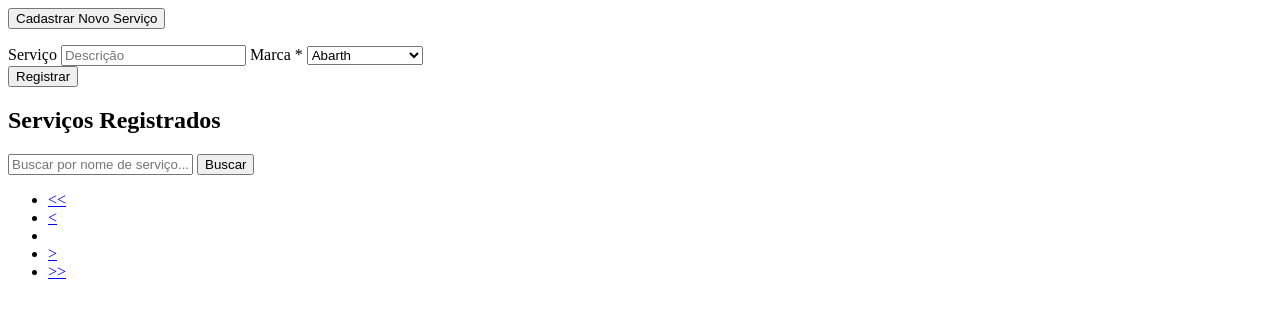
Repository: DanielGMT/AutoCenter-2.0
Page: http://localhost/Biblioteca/resources/admin/autor/content.jsp
The author's editor kept a copy of each file at every save. The page is drawn from the files as they stood at one save, then again after the next save.
The browser window is 1280 px wide. The pictures show the whole page.
The page is served by Tomcat 9. Other server files are loaded and not shown.

Above is the page before, as saved 2022-03-08 20:02:38.
Console error: ReferenceError: SENAI is not defined

### Biblioteca/WebContent/resources/admin/autor/content.jsp
<script type="text/javascript" src="autor/js/autor.js"></script>

<div id="cadastrarAutor">
	<p>
		<button class="btn btn-primary" id="downButton" type="button"
			data-toggle="collapse" data-target="#collapseExample"
			aria-expanded="false" aria-controls="collapseExample">
			Cadastrar Novo Serviço <span class="caret"></span>
		</button>
	</p>
</div>
<div class="collapse" id="collapseExample">
	<form>
		<div class="form-group">
			<label for="exampleInputEmail1">Serviço</label> <input
				class="form-control" id="inputname" placeholder="Descrição">
					<label class="control-label" for="nome">Marca *</label>
				<select class="form-control" name="marca" id="marca" autocomplete="off"
				minlength="3" maxlength="25" maxlength="25">
				<option value="Abarth">Abarth</option>
				<option value="Alfa Romeo">Alfa Romeo</option>
				<option value="Alpine">Alpine</option>
				<option value="Aston Martin">Aston Martin</option>
				<option value="Audi">Audi</option>
				<option value="Bentley">Bentley</option>
				<option value="BMW">BMW</option>
				<option value="Citroën">Citroën</option>
				<option value="Chevrolet">Chevrolet</option>
				<option value="Cupra">Cupra</option>
				<option value="Dacia">Dacia</option>
				<option value="DS">DS</option>
				<option value="Ferrari">Ferrari</option>
				<option value="Fiat">Fiat</option>
				<option value="Ford">Ford</option>
				<option value="Hafei">Hafei</option>
				<option value="Honda">Honda</option>
				<option value="Hyundai">Hyundai</option>
				<option value="Jaguar">Jaguar</option>
				<option value="JEEP">JEEP</option>
				<option value="KIA">KIA</option>
				<option value="Lamborghini">Lamborghini</option>
				<option value="Land Rover">Land Rover</option>
				<option value="Lexus">Lexus</option>
				<option value="Lifan">Lifan</option>
				<option value="Maserati">Maserati</option>
				<option value="Mazda">Mazda</option>
				<option value="Mercedes-Benz">Mercedes-Benz</option>
				<option value="MG">MG</option>
				<option value="MINI">MINI</option>
				<option value="Mitsubishi">Mitsubishi</option>
				<option value="Nissan">Nissan</option>
				<option value="Opel">Opel</option>
				<option value="Peugeot">Peugeot</option>
				<option value="Porsche">Porsche</option>
				<option value="Renault">Renault</option>
				<option value="SEAT">SEAT</option>
				<option value="Skoda">Skoda</option>
				<option value="Smart">Smart</option>
				<option value="Suzuki">Suzuki</option>
				<option value="Subaru">Subaru</option>
				<option value="TESLA">TESLA</option>
				<option value="Toyota">Toyota</option>
				<option value="Volkswagen">Volkswagen</option>
				<option value="Volvo">Volvo</option>
			</select>
		</div>
		<div id="entrar">
			<button type="button" id="add-new"
				onclick="SENAI.biblioteca.cadastrarServico()" class="btn btn-primary">Registrar</button>
		</div>
	</form>
</div>
<div class="table-wrapper">
	<div class="col-md-12">
		<h2 class="pt-3 pb-4 text-center font-bold font-up deep-purple-text">Serviços
			Registrados</h2>
		<div id="divBusca">
			<input type="text" class='form-control' id="searchBar" placeholder="Buscar por nome de serviço..." />
			<button id="searchButton" OnClick="SENAI.biblioteca.buscarAutor()">Buscar</button>
		</div>
	</div>
	<div class="resultadoAutores"></div>
<ul class="pagination">
    <li class="page-item">
      <a class="first" href="#"><<</a>
    </li>
    <li class="page-item">
      <a class="prev" href="#"><</a>
    </li>
   <li class="numbers">

   </li>
    <li class="page-item">
      <a class="next" href="#">></a>
    </li>
    <li class="page-item">
      <a class="last" href="#">>></a>
    </li>
  </ul>
	<div class="clearfix">
		<div class="hint-text"></div>

	</div>
</div>
<div id="editarServico" style="display: none">
	<label>Serviço:</label> <input id="servicoEdit" class='form-control' name="servico" type="text">
	<input name="idServico" id="idAutorEdit" type="hidden">
	<label>Marca:</label> <input id="marcaEdit" class='form-control' name="marca" type="text">
	<input name="idMarca" id="idMarcaEdit" type="hidden">
	<label>Modelo:</label> <input id="modeloEdit" class='form-control' name="modelo" type="text">
	<input name="idModelo" id="idModeloEdit" type="hidden">
	<label>Placa:</label> <input id="placaEdit" class='form-control' name="placa" type="text">
	<input name="idPlaca" id="idPlacaEdit" type="hidden">
	<label>Valor:</label> <input id="valorEdit" class='form-control' name="valor" type="text">
	<input name="idValor" id="idValorEdit" type="hidden">
</div>

<div id="msg" style="display: none"></div>

### Biblioteca/WebContent/resources/admin/autor/js/autor.js
SENAI.biblioteca = new Object();

$(document)
		.ready(
				function() {
					SENAI.biblioteca.cadastrarServico = function() {

						var novoAutor = new Object();
						novoAutor.nome = $("#inputname").val();

						var cfgajax = {
							url : "../../rest/bibliotecaRest/addAutor",
							data : novoAutor,

							success : function(msg) {
								var cfg = {
									title : "Mensagem",
									height : 250,
									width : 400,
									modal : true,
									buttons : {
										"OK" : function() {
											$(this).dialog("close");
										}
									}
								};
								$("#msg").html(msg);
								$("#msg").dialog(cfg);

								SENAI.biblioteca.buscarAutor();
							},

							error : function(err) {
								alert("Erro ao cadastrar um novo autor!"
										+ err.responseText);
							}

						};

						SENAI.ajax.post(cfgajax);
					};

					SENAI.biblioteca.buscarAutor = function() {
						var valorBusca = $("#searchBar").val();
						SENAI.biblioteca.exibirAutores(undefined, valorBusca);
					};


					SENAI.biblioteca.exibirAutores = function(listaDeAutores,
							valorBusca) {
						var search = document.getElementById("searchBar");
						search.addEventListener("keyup", function(event) {
						  if (event.keyCode === 13) {
						   event.preventDefault();
						   document.getElementById("searchButton").click();
						  }
						});
						var html = "<table class='table table-bordered'>";
						html += "<tr><th>Nome</th><th id='acao'>Ações</th></tr>";
						if (listaDeAutores != undefined
								&& listaDeAutores.length > 0) {

							let perPage = 12
							const state = {
							  page: 1,
							  perPage,

							  totalPage: Math.ceil(listaDeAutores.length / perPage),
							  maxVisibleButtons: 5
							}

						 const html = {
									get(element){
										return document.querySelector(element)
									}
							}






							const controls = {
							  next(){
							    state.page++

							    const lastPage = state.page > state.totalPage
							    if(lastPage) {
							    	state.page--
							    }
							  },
							  prev(){
								  state.page--
								  if(state.page < 1){
									  state.page++
								  }
							  },
							  goTo(page){
								 state.page = +page
							   },

							  createListeners() {


								  html.get('.next').addEventListener('click', () => {
									  controls.next()
									  update()
								  })

								  html.get('.prev').addEventListener('click', () => {
									  controls.prev()
									  update()
								  })

								 html.get('.last').addEventListener('click', () => {
									  controls.goTo(state.totalPage)
									  update()
								  })

								  html.get('.first').addEventListener('click', () => {
									  controls.goTo(1)
									  update()
								  })}


							}

							var str1 = "";

							var n = "";
							var date = new Date();
							var str2 = new Date();
							var dd = String(str2.getDate()).padStart(2, '0');
							var mm = String(str2.getMonth() + 1).padStart(2, '0'); //January is 0!
							var yyyy = str2.getFullYear();

							const list = {

									create(item){

										html.get('.fleinin').innerHTML += "<tr><td>"
											+ item.nome
											+ "</td>"
											+ "<td><a class = 'edit' onclick = 'SENAI.biblioteca.editarAutor("
											+ item.id
											+ "); '>"
											+ "<i class='glyphicon glyphicon-pencil'></i></a>"
											+ "<a class = 'delete' onclick = 'SENAI.biblioteca.deletarAutor("
											+ item.id
											+ ")'>"
											+ "<i class='glyphicon glyphicon-trash'></i></a></td></tr>";


							},
							createTable(){
								const table = document.createElement('table')
								table.classList.add('table')
								table.classList.add('table-bordered')

								table.innerHTML += "<tbody class ='fleinin'><tr><th>Nome</th><th>Ações</th></tr>"
								+ "</tbody>";
								html.get('.resultadoAutores').appendChild(table);
							},
							update(){

								 html.get('.resultadoAutores').innerHTML = ""
									 list.createTable()
								let page = state.page - 1
								let start = page * state.perPage
								let end = start + state.perPage
								const paginatedItems = listaDeAutores.slice(start, end)

								paginatedItems.forEach(list.create);
							 }

					 	}

						const buttons = {
								element: html.get('.pagination .numbers'),
								create(number) {
									const button = document.createElement('a')

									button.innerHTML = number;

									if(state.page == number){
										button.classList.add('active')
									}

									button.addEventListener('click', (event) => {
										const page = event.target.innerText

										controls.goTo(page)
										update()
									})

									buttons.element.appendChild(button)
								},
								update() {
									buttons.element.innerHTML = ""
										const {maxLeft, maxRight} = buttons.calculateMaxVisible()


										for(let page = maxLeft; page<=maxRight; page++){
											buttons.create(page)
										}
								},
								calculateMaxVisible(){
									const { maxVisibleButtons } = state
									let maxLeft = (state.page - Math.floor(maxVisibleButtons / 2))
									let maxRight = (state.page + Math.floor(maxVisibleButtons / 2))
								 if(maxLeft < 1){
									 maxLeft = 1
									 maxRight = maxVisibleButtons
								 }
									if(maxRight > state.totalPage){
										maxLeft = state.totalPage - (maxVisibleButtons - 1)
										maxRight = state.totalPage

										if(maxLeft < 1){
											maxLeft = 1
										}
									}

									return {maxLeft, maxRight}
								}
						}

						function update() {
							list.update()
					 		buttons.update()
					 	}

					 	function init(){
					 		update()
					 		controls.createListeners()
					 	}

					 	init();


						} else {
							if (listaDeAutores == undefined) {
								if (valorBusca == "") {
									valorBusca = null;
								}
								var cfg = {
									type : "POST",
									url : "../../rest/bibliotecaRest/buscarAutoresPorNome/"
											+ valorBusca,
									success : function(listaDeAutores) {
										SENAI.biblioteca
												.exibirAutores(listaDeAutores);
									},
									error : function(err) {
										alert("Erro ao consultar os autores: "
												+ err.responseText);
									}
								};

								SENAI.ajax.post(cfg);
							} else {
								const html = {
										get(element){
											return document.querySelector(element)
										}
								}
								html.get('.resultadoAutores').innerHTML = "<span><label><font color='red'> Nenhum registro encontrado. </font></label></span>";

							}
						}

					};

					SENAI.biblioteca.exibirAutores(undefined, "");

					SENAI.biblioteca.deletarAutor = function(id) {
						msg = "Tem certeza que deseja excluir este autor?"
							var cfg = {
									title : "Mensagem",
									height : 250,
									width : 400,
									modal : true,
									buttons : {
										"Não" : function() {
											$(this).dialog("close");
										},
										"Sim" : function(){
											var cfg = {
												type : "POST",
												url : "../../rest/bibliotecaRest/deletarAutor/"
														+ id,
												success : function(msg) {
													var qtLinhas = $("#resultadoAutores tr").length;
													$(this).parents("tr").remove();
													$("#add-new").removeAttr("disabled");
													var cfg = {
														title : "Mensagem",
														height : 250,
														width : 400,
														modal : true,
														buttons : {
															"OK" : function() {
																$(this).dialog("close");
															}
														}
													};

													$("#msg").html(msg);
													$("#msg").dialog(cfg);

													SENAI.biblioteca.buscarAutor();
												},
												error : function(err) {
													alert("Erro: "
															+ err.responseText);
												}
											};
											SENAI.ajax.post(cfg);
										}
									}
								};
						$("#msg").html(msg);
						$("#msg").dialog(cfg);
					}

					SENAI.biblioteca.editarAutor = function(id) {
						var cfg = {
							type : "POST",
							url : "../../rest/bibliotecaRest/buscarAutorPeloId/"
									+ id,
							success : function(autor) {
								$("#nomeEdit").val(autor.nome);
								$("#idAutorEdit").val(autor.id);
								SENAI.biblioteca.exibirEdicao(autor);
							},
							error : function(err) {
								alert("Erro ao editar o autor!"
										+ err.responseText);
							}
						};
						SENAI.ajax.post(cfg);
					};


					SENAI.biblioteca.exibirEdicao = function(autor) {
						var cfg = {
							title : "Editar Autor",
							height : 180,
							width : 550,
							modal : true,
							buttons : {
								"Cancelar" : function() {
									$(this).dialog("close");
								},

								"Salvar" : function() {
									var dialog = this;
									var autor = new Object();
									autor.id = $("#idAutorEdit").val();
									autor.nome = $("#nomeEdit").val();

									var cfg = {
										type : "POST",
										url : "../../rest/bibliotecaRest/editarAutor",
										data : autor,

										success : function(msg) {
											$(dialog).dialog("close");
											var cfg = {
												title : "Mensagem",
												height : 250,
												width : 400,
												modal : true,
												buttons : {
													"OK" : function() {
														$(this).dialog("close");
													}
												}
											};
											$("#msg").html(msg);
											$("#msg").dialog(cfg);

											SENAI.biblioteca.buscarAutor();
										},
										error : function(err) {
											alert("Erro ao editar o autor "+ err.responseText);
										}
									};

									SENAI.ajax.post(cfg);
								}
							},
							close : function() {
							}
						};
						$("#editarAutor").dialog(cfg);
					};


				});

After the next save:
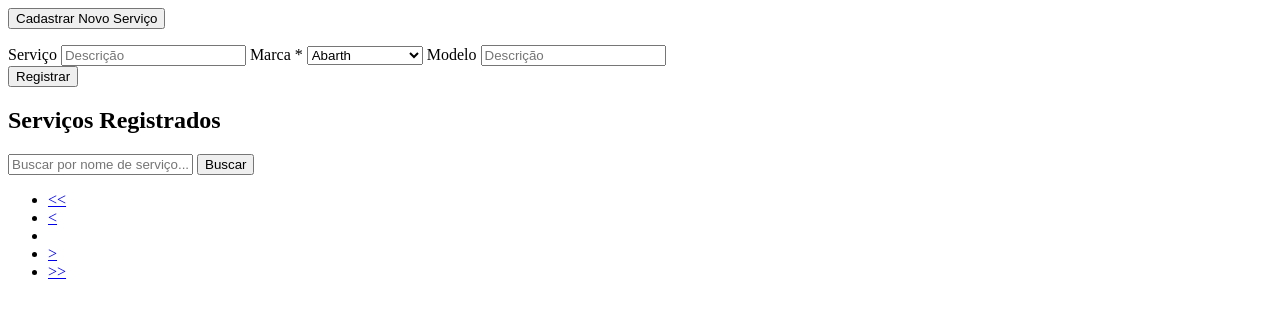
Saved 2 min 9 s later.
--- a/Biblioteca/WebContent/resources/admin/autor/content.jsp
+++ b/Biblioteca/WebContent/resources/admin/autor/content.jsp
@@ -63,6 +63,8 @@
 				<option value="Volkswagen">Volkswagen</option>
 				<option value="Volvo">Volvo</option>
 			</select>
+		<label for="exampleInputEmail1">Modelo</label> <input
+				class="form-control" id="inputname" placeholder="Descrição">
 		</div>
 		<div id="entrar">
 			<button type="button" id="add-new"
